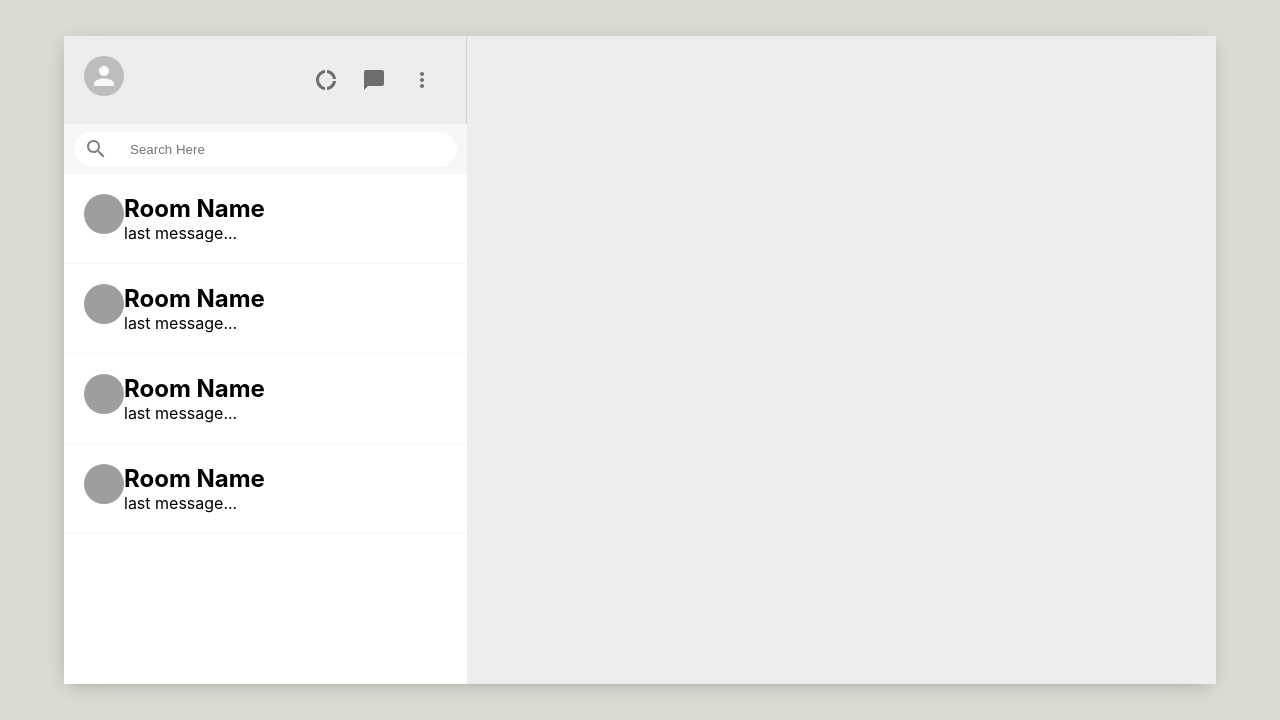
Repository: Prafullkuma/whatsappclon
Page: /
An editor plug-in stored every save of this project. The page is shown before and after the next save, followed by the edit.
The browser window is 1280 px wide. The pictures show the whole page.
Pictures or frames that could not be fetched are drawn as grey boxes. The project was rebuilt for these pictures with package versions that can differ from the ones it lists, and the page was loaded fresh each time.

Above is the page before, as saved 2020-08-19 12:36:52.

### src/App.js
import React from 'react';
import './App.css';
import Sidebar from './Component/Sidebar'
function App() {
  return (
    <div className="app">
      <div className="app__body">
        <Sidebar />
      </div>
    </div>
  );
}

export default App;

### src/App.css
.app{
  background-color: #dadbd3;
  height: 100vh;
  display: grid;
  place-items: center;
}
.app__body{
  display: flex;
  height: 90vh;
  width: 90vw;
  background-color: #ededed;
  box-shadow: -1px 4px 20px -6px rgba(0, 0, 0, 0.3);
}

### src/Component/Sidebar.js
import React from 'react'
import { Avatar, IconButton } from '@material-ui/core';
import DonutLargeIcon from '@material-ui/icons/DonutLarge';
import ChatBubbleIcon from '@material-ui/icons/ChatBubble';
import MoreVertIcon from '@material-ui/icons/MoreVert';
import SearchIcon from '@material-ui/icons/Search';
import './Sidebar.css'
import SidebarChat from './Chat/SidebarChat';
function Slidebar() {
    return (
        <div className="sidebar">
            <div className="sidebar_header">
                <Avatar />
                <div className="sidebar_headerRight">
                    <IconButton>
                        <DonutLargeIcon />
                    </IconButton>
                    <IconButton>
                        <ChatBubbleIcon />
                    </IconButton>
                    <IconButton>
                        <MoreVertIcon />
                    </IconButton>
                </div>
            </div>
            <div className="sidebar_search">
                <div className="search_container">
                    <SearchIcon />
                    <input type="text"
                        placeholder="Search Here" />
                </div>
            </div>
            <div className="sidebar_chat">
                <SidebarChat />
                <SidebarChat />   <SidebarChat />   <SidebarChat />
            </div>
        </div >
    )
}

export default Slidebar

### src/Component/Sidebar.css
.sidebar{
 display: flex;
 flex-direction: column;
 flex: 0.35;
}
.sidebar_header{
    display: flex;
    justify-content: space-between;
    padding: 20px;
    border-right: 1px solid lightgray;
}
.sidebar_headerRight{
    display: flex;
    align-items: center;
    justify-content: space-between;
    min-width: 9vw;
}
.sidebar_headerRight>.MuiSvgIcon-root{
    margin-right: 2vw;
    font-size: 24px !important;
}
.sidebar_search{
    display: flex;
    align-items: center;
    background-color: #f6f6f6;
    height: 30px;
    padding: 10px;
}
.search_container{
display: flex;
align-items: center;
background-color: white;
width: 100%;
height: 35px;
border-radius: 20px;
}
.search_container>input{
    border: none;
    margin-left: 10px;
}
.search_container>.MuiSvgIcon-root{
    color: gray;
    padding: 10px;
}
.sidebar_chat{
    flex: 1;
    background-color: white;
    overflow: scroll;
}

### src/Component/Chat/SidebarChat.js
import React, { useState, useEffect } from 'react'
import './sidebarChat.css'
import { Avatar } from '@material-ui/core'
function SidebarChat() {
    const [seed, setSeed] = useState('')
    useEffect(() => {
        setSeed(Math.floor(Math.random() * 5000))
    }, [])
    return (
        <div className="sidebarChat">
            <Avatar src={`https://avatars.dicebear.com/api/human/${seed}.svg`} />
            <div className="sidebarchat_info">
                <h2>Room Name</h2>
                <p>last message...</p>
            </div>
        </div>
    )
}

export default SidebarChat

### src/Component/Chat/sidebarChat.css
.sidebarChat{
    display: flex;
    padding: 20px;
    cursor: pointer;
    border-bottom:1px solid #f6f6f6 ;
}
.sidebarChat:hover{
    background-color: green;
}
.sidebarchat_info>h2{

}

Loaded but not shown: public/index.html (common file); src/index.js (common file); src/index.css (common file)

After the next save:
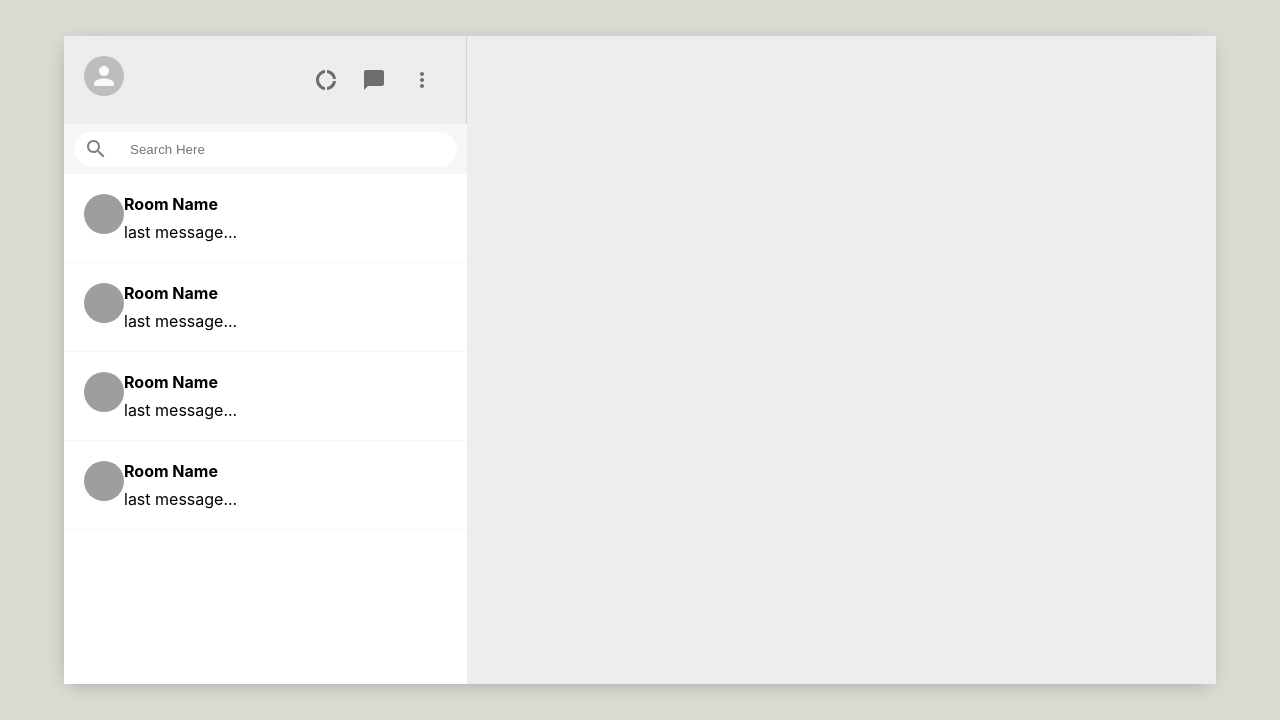
Saved 18 s later.
--- a/src/Component/Chat/sidebarChat.css
+++ b/src/Component/Chat/sidebarChat.css
@@ -8,5 +8,6 @@
     background-color: green;
 }
 .sidebarchat_info>h2{
-
+font-size: 16px;
+margin-bottom: 8px;
 }
